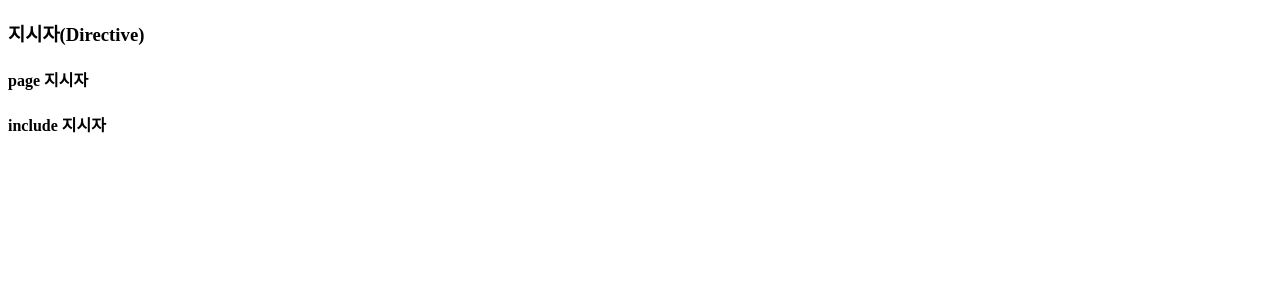
Repository: cms8474/JSP
Page: http://localhost/ch02/4_Directive.jsp
An editor plug-in stored every save of this project. The page is shown before and after a run of saves, followed by the edit.
The browser window is 1280 px wide. The pictures show the whole page.
The page is served by Tomcat 10.

Above is the page before, as saved 2025-07-28 02:19:12.

After the next 3 saves:
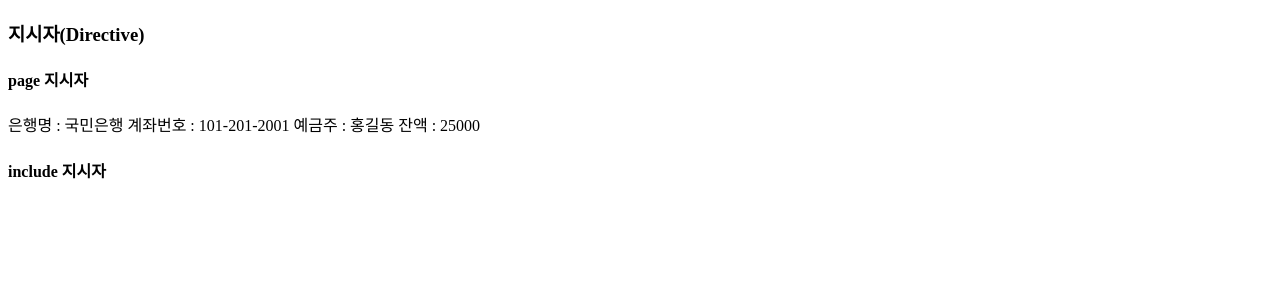
The 3 saves are shown as one change because 2 did not build or start.
The last was saved 2 min 42 s later.
--- a/ch02/src/main/webapp/4_Directive.jsp
+++ b/ch02/src/main/webapp/4_Directive.jsp
@@ -1,3 +1,4 @@
+<%@page import="sub1.Account"%>
 <%@ page language="java" contentType="text/html; charset=UTF-8"
     pageEncoding="UTF-8"%>
 <!DOCTYPE html>
@@ -12,6 +13,12 @@
 
 
 		<h4>page 지시자</h4>
+		<%
+			Account kb = new Account("국민은행","101-201-2001","홍길동",10000);
+			kb.deposit(40000);
+			kb.withdraw(25000);
+			kb.show(out);
+		%>
 
 
 
